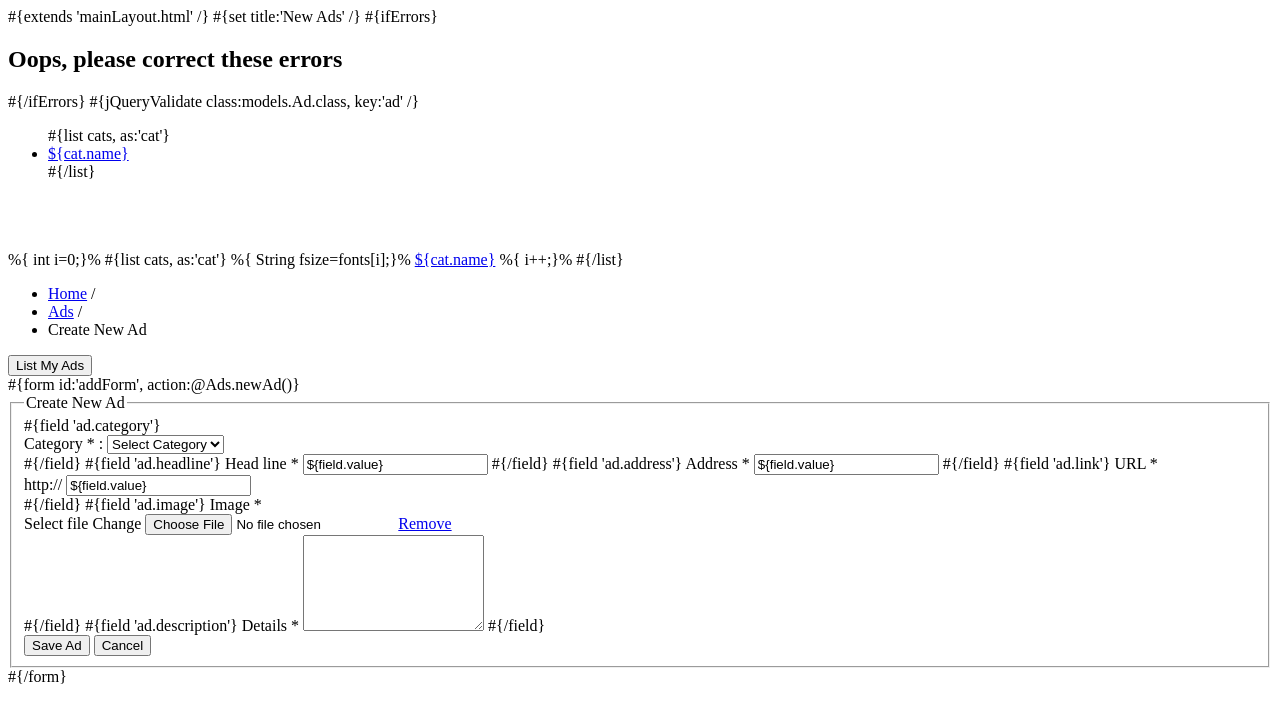
Repository: Maalejm/SEBA
Page: SlifeWebSite/app/views/Ads/newAd.html
These files come from the project's save history. The page is drawn as it stood at one moment and after the next save; the edit follows.
The browser window is 1280 px wide. The pictures show the whole page.

Above is the page before, as saved 2013-06-18 07:03:11.

### SlifeWebSite/app/views/Ads/newAd.html
#{extends 'mainLayout.html' /}
#{set title:'New Ads' /}

#{ifErrors}
<div class="error">
    <h2>Oops, please correct these errors</h2>
</div>
#{/ifErrors}
#{jQueryValidate class:models.Ad.class, key:'ad' /}

 <div class="container-fluid">
            <div class="row-fluid">
                <div class="span2">

                    <ul class="nav nav-list">
                        #{list cats, as:'cat'}
                         <li
                         %{ if(cat.id==1) { }%
                          class="active"
                         %{ } }%
                         ><a class="catNav" href="${cat.id}">${cat.name}</a></li>
                        #{/list}

                    </ul>

                    <div>
                    <br/>
                    <br/>
                    <br/>

                    %{ int i=0;}%
                    #{list cats, as:'cat'}
                       %{ String fsize=fonts[i];}%
                       <span style="font-size:${fsize}px;"><a class="catNav" href="${cat.id}">${cat.name}</a></span>
                      %{ i++;}%
                    #{/list}
                    </div>
                    <!--Sidebar content-->
                </div>
                <div class="span10">
                    <ul class="breadcrumb">
                        <li><a href="#">Home</a> <span class="divider">/</span></li>
                        <li><a href="#">Ads</a> <span class="divider">/</span></li>
                        <li class="active">Create New Ad</li>
                    </ul>

                    <div class="btn-group">
                        <button class="btn">List My Ads</button>
                    </div>




                    #{form id:'addForm', action:@Ads.newAd()}
                        <fieldset>
                            <legend>Create New Ad</legend>


                             #{field 'ad.category'}
        						<div class="field">
            					<label for="${field.id}">Category * : </label>
            					<select id="${field.id}"  name="${field.name}" class="span5 ${field.errorClass}" >
                                <option value="0">Select Category</option>
                                #{list cats, as:'cat'}
                                <option value="${cat.id}">${cat.name}</option>
                    		    #{/list}
                          	  </select>

						 	 </div>
      					   #{/field}
							#{field 'ad.headline'}
                            <label for="${field.id}" >Head line *</label>
                             <input id="${field.id}" value="${field.value}"  name="${field.name}" class="span5 ${field.errorClass}" type="text" class="span5" placeholder="Descripe your ad">

                            #{/field}
                            #{field 'ad.address'}
                            <label for="${field.id}" >Address *</label>
                             <input id="${field.id}" value="${field.value}"  name="${field.name}" class="span5 ${field.errorClass}" type="text" class="span5" placeholder="Type an address here">

                            #{/field}

                            #{field 'ad.link'}
                            <label for="${field.id}" >URL *</label>
                             <div class=" input-prepend">
                                    <span class="add-on">http://</span>
                             <input id="${field.id}" value="${field.value}"  name="${field.name}" class="input_text ${field.errorClass}" type="text" class="span5" placeholder="Type an address here">
                             </div>

                            #{/field}


                            #{field 'ad.image'}
                            <label for="${field.id}" >Image *</label>

                              <div class="fileupload fileupload-new" data-provides="fileupload">
  								<div class="input-append">
   								 <div class="uneditable-input span3"><i class="icon-file fileupload-exists">
   								 </i> <span class="fileupload-preview"></span></div><span class="btn btn-file">
   								 <span class="fileupload-new">Select file</span>
   								 <span class="fileupload-exists">Change</span>
   								 <input type="file" id="${field.id}" value="${field.value}"  name="${field.name}" class="${field.errorClass}" /></span><a href="#" class="btn fileupload-exists" data-dismiss="fileupload">Remove</a>


  								</div>

							</div>


                            #{/field}


                             #{field 'ad.description'}
                            <label for="${field.id}" >Details *</label>
                                <textarea rows="6"  id="${field.id}" value="${field.value}"  name="${field.name}" class="input_textarea ${field.errorClass}"></textarea>

                            #{/field}

                                  <br/>



                                  <div class="form-actions">
                                      <button type="submit" class="btn btn-primary">Save Ad</button>
                                      <button type="button" class="btn">Cancel</button>
                                  </div>
                        </fieldset>
                    #{/form}



                    <!--Body content-->
                </div>
            </div>
        </div>

After the next save:
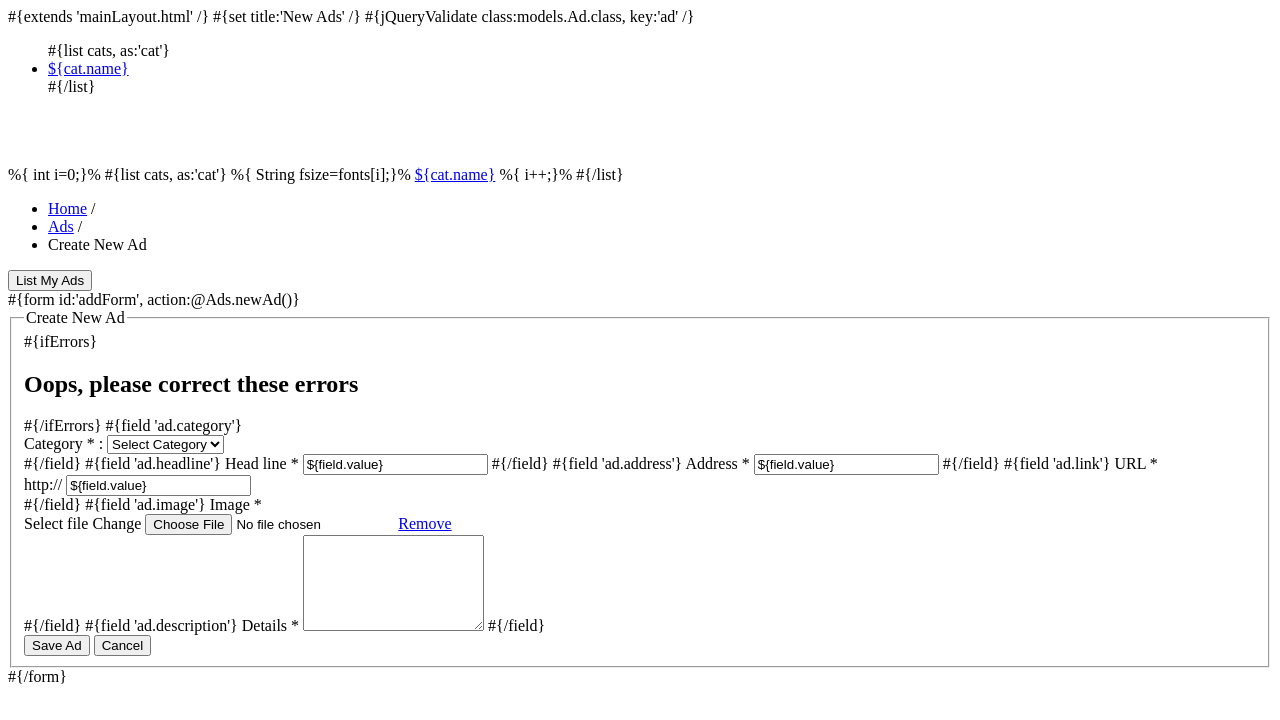
Saved 74 s later.
--- a/SlifeWebSite/app/views/Ads/newAd.html
+++ b/SlifeWebSite/app/views/Ads/newAd.html
@@ -1,11 +1,7 @@
 #{extends 'mainLayout.html' /}
 #{set title:'New Ads' /}
 
-#{ifErrors}
-<div class="error">
-    <h2>Oops, please correct these errors</h2>
-</div>
-#{/ifErrors}
+
 #{jQueryValidate class:models.Ad.class, key:'ad' /}
 
  <div class="container-fluid">
@@ -54,7 +50,11 @@
                     #{form id:'addForm', action:@Ads.newAd()}
                         <fieldset>
                             <legend>Create New Ad</legend>
-
+                            #{ifErrors}
+								<div class="error">
+   									 <h2>Oops, please correct these errors</h2>
+								</div>
+							#{/ifErrors}
 
                              #{field 'ad.category'}
         						<div class="field">
